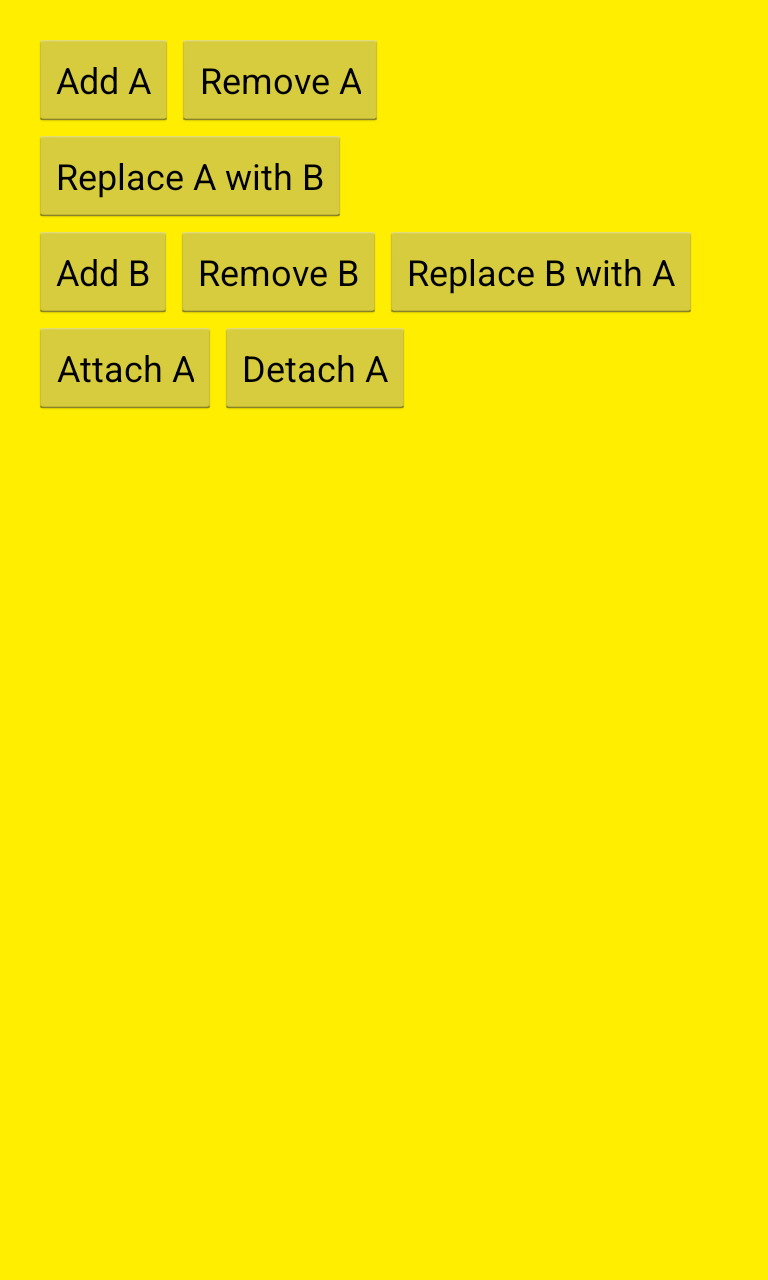
Repository: sbobhate/Android-Applications
Layout: Back Stack/res/layout/activity_main.xml
An editor plug-in stored every save of this project. The layout is shown before and after the next save, followed by the edit.
It is drawn on a 768 x 1280 px phone screen (xhdpi) without system bars, with theme AppTheme; the app's code is not run.

Above is the layout before, as saved 2014-02-19 01:05:46.

After the next save:
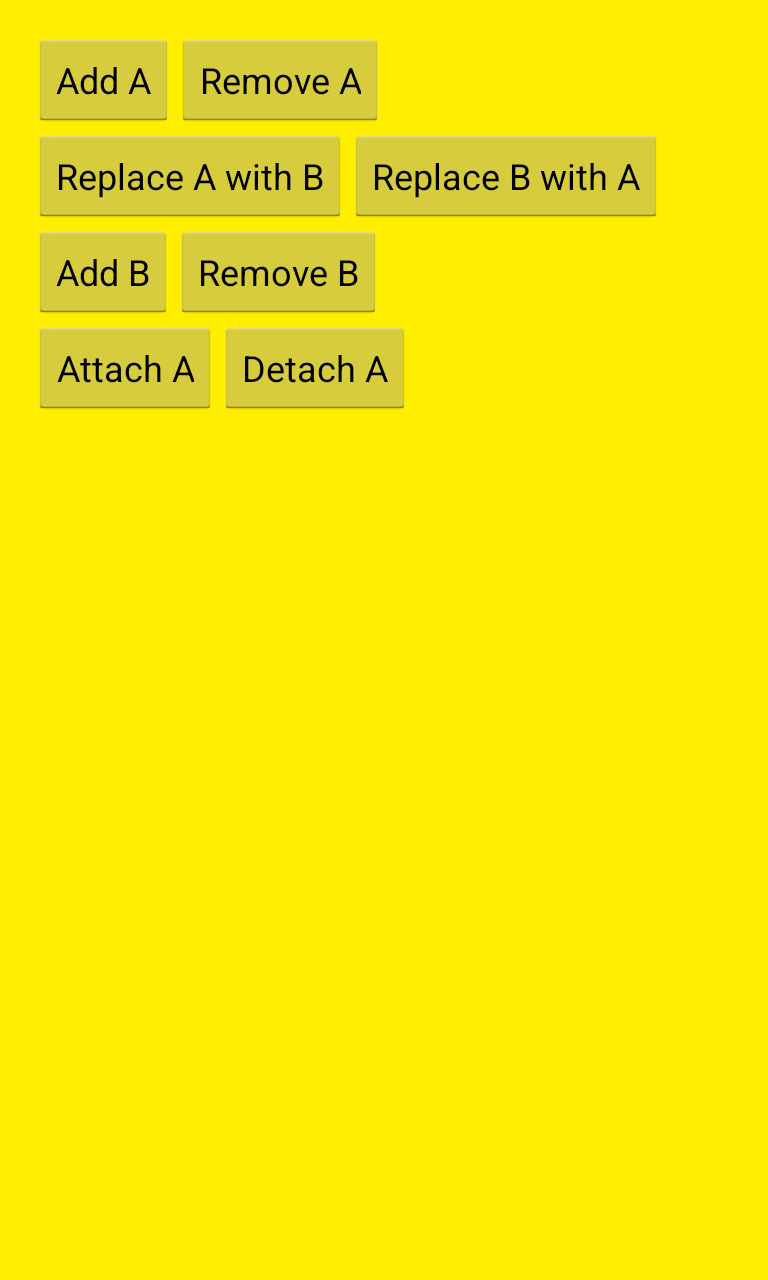
Saved 23 s later.
--- a/Back Stack/res/layout/activity_main.xml
+++ b/Back Stack/res/layout/activity_main.xml
@@ -64,8 +64,8 @@
         android:layout_width="wrap_content"
         android:layout_height="wrap_content"
         android:text="@string/replaceBwithA"
-        android:layout_alignBottom="@+id/button5"
-        android:layout_toRightOf="@+id/button5"
+        android:layout_alignBottom="@+id/button3"
+        android:layout_toRightOf="@+id/button3"
         android:onClick="replaceBwithA"
         />
 
